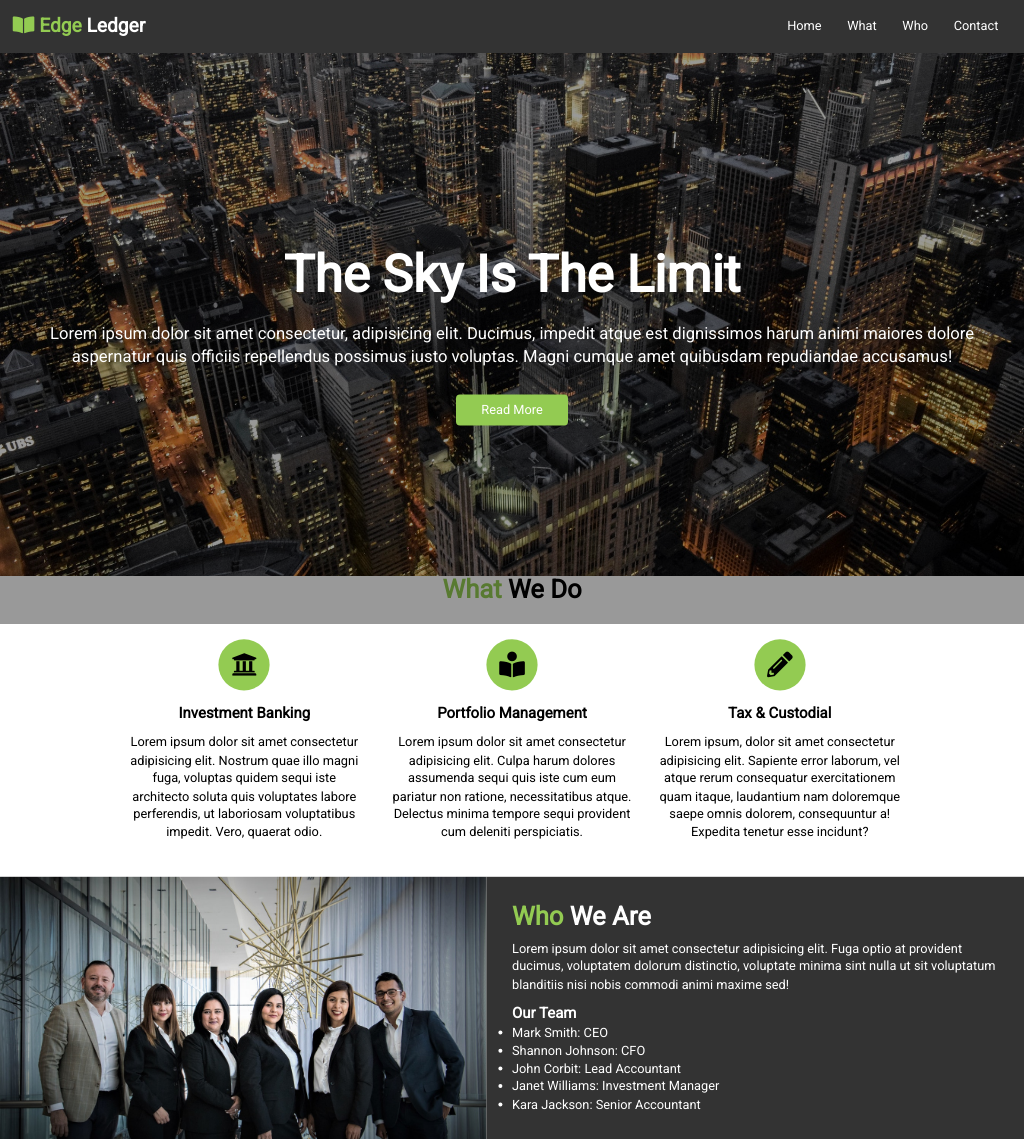
Repository: minhtien9/EdgeLedger-Financial-Web
Page: index.html
These files come from the project's save history. The page is drawn as it stood at one moment and after the next save; the edit follows.
The browser window is 1280 px wide. The pictures show the whole page, at 80% of full size.

Above is the page before, as saved 2021-08-16 22:36:18.

### index.html
<!DOCTYPE html>
<html lang="en">

<head>
    <meta charset="UTF-8" />
    <meta http-equiv="X-UA-Compatible" content="IE=edge" />
    <meta name="viewport" content="width=device-width, initial-scale=1.0" />
    <link rel="stylesheet" href="https://cdnjs.cloudflare.com/ajax/libs/font-awesome/5.15.4/css/all.min.css" integrity="sha512-1ycn6IcaQQ40/MKBW2W4Rhis/DbILU74C1vSrLJxCq57o941Ym01SwNsOMqvEBFlcgUa6xLiPY/NS5R+E6ztJQ==" crossorigin="anonymous" referrerpolicy="no-referrer"
    />
    <link rel="stylesheet" media="screen and (max-width:768px)" href="css/mobile.css" />
    <link rel="stylesheet" media="screen  and (min-width:1100)" href="css/widescreen.css" />
    <link rel="stylesheet" href="css/style.css" />
    <title>EdgeLedger Financial | Accounting & Investment</title>
</head>

<body id="home">
    <!-- Navbar -->
    <nav id="navbar">
        <h1 class="logo">
            <span class="text-primary"> <i class="fas fa-book-open"></i> Edge </span
        >Ledger
      </h1>
      <ul>
        <li><a href="#home">Home</a></li>
        <li><a href="#what">What</a></li>
        <li><a href="#who">Who</a></li>
        <li><a href="#contact">Contact</a></li>
      </ul>
    </nav>
    <!-- Header: Showcase -->
    <header id="showcase">
      <div class="showcase-content">
        <h1 class="l-heading">The Sky Is The Limit</h1>
        <p class="lead">
          Lorem ipsum dolor sit amet consectetur, adipisicing elit. Ducimus,
          impedit atque est dignissimos harum animi maiores dolore aspernatur
          quis officiis repellendus possimus iusto voluptas. Magni cumque amet
          quibusdam repudiandae accusamus!
        </p>
        <a href="#what" class="btn">Read More</a>
      </div>
    </header>
    <!-- Section: What We Do -->
    <section id="what" class="bg-ligh py-1">
      <div class="container">
        <h2 class="m-heading text-center">
          <span class="text-primary">What</span> We Do
            </h2>
            <div class="items">
                <div class="item">
                    <i class="fas fa-university fa-2x"></i>
                    <div>
                        <h3>Investment Banking</h3>
                        <p>
                            Lorem ipsum dolor sit amet consectetur adipisicing elit. Nostrum quae illo magni fuga, voluptas quidem sequi iste architecto soluta quis voluptates labore perferendis, ut laboriosam voluptatibus impedit. Vero, quaerat odio.
                        </p>
                    </div>
                </div>
                <div class="item">
                    <i class="fas fa-book-reader fa-2x"></i>
                    <div>
                        <h3>Portfolio Management</h3>
                        <p>
                            Lorem ipsum dolor sit amet consectetur adipisicing elit. Culpa harum dolores assumenda sequi quis iste cum eum pariatur non ratione, necessitatibus atque. Delectus minima tempore sequi provident cum deleniti perspiciatis.
                        </p>
                    </div>
                </div>
                <div class="item">
                    <i class="fas fa-pencil-alt fa-2x"></i>
                    <div>
                        <h3>Tax & Custodial</h3>
                        <p>
                            Lorem ipsum, dolor sit amet consectetur adipisicing elit. Sapiente error laborum, vel atque rerum consequatur exercitationem quam itaque, laudantium nam doloremque saepe omnis dolorem, consequuntur a! Expedita tenetur esse incidunt?
                        </p>
                    </div>
                </div>
            </div>
            </div>
            </section>

            <!-- Section :Who We Are -->
            <section id="who">
                <div class="who-img"></div>
                <div class="who-text bg-dark p-2">
                    <h2 class="m-heading"><span class="text-primary">Who</span> We Are</h2>
                    <p>
                        Lorem ipsum dolor sit amet consectetur adipisicing elit. Fuga optio at provident ducimus, voluptatem dolorum distinctio, voluptate minima sint nulla ut sit voluptatum blanditiis nisi nobis commodi animi maxime sed!
                    </p>
                    <h3>Our Team</h3>
                    <ul class="list">
                        <li>Mark Smith: CEO</li>
                        <li>Shannon Johnson: CFO</li>
                        <li>John Corbit: Lead Accountant</li>
                        <li>Janet Williams: Investment Manager</li>
                        <li>Kara Jackson: Senior Accountant</li>
                    </ul>
                </div>
            </section>
</body>

</html>

### css/style.css
@import url('https://fonts.googleapis.com/css2?family=Roboto&display=swap');
* {
    box-sizing: border-box;
    margin: 0;
    padding: 0;
}

body {
    font-family: 'Roboto', sans-serif;
    line-height: 1.4;
}

a {
    text-decoration: none;
}

p {
    margin: 0.75rem 0;
}


/* Utility Classes */

.container {
    max-width: 1100px;
    margin: auto;
    padding: 0 2rem;
    overflow: hidden;
}

.text-center {
    text-align: center;
}

.text-primary {
    color: #93cb52;
}

.bg-light {
    background: #f4f4f4;
    color: #333;
}

.bg-dark {
    background: #333;
    color: #fff;
}

.l-heading {
    font-size: 4rem;
    margin-bottom: 0.75rem;
    line-height: 1.1;
}

.m-heading {
    font-size: 2rem;
    margin-bottom: 0.75rem;
    line-height: 1.1;
}

.lead {
    font-size: 1.3rem;
    margin-bottom: 2rem;
}

.p-1 {
    padding: 1.5rem;
}

.p-2 {
    padding: 2rem;
}

.p-3 {
    padding: 3rem;
}

.btn {
    display: inline-block;
    color: #fff;
    background: #93cb52;
    padding: 0.5rem 2rem;
    border: none;
    border-radius: 5px;
}

.btn:hover {
    background: #7ab436;
}

.btn-dark {
    background: #333;
    color: #fff;
}


/* Navbar */

#navbar {
    display: flex;
    top: 0;
    background: #333;
    color: #fff;
    justify-content: space-between;
    z-index: 1;
    padding: 1rem;
    position: fixed;
    width: 100%;
}

#navbar ul {
    display: flex;
    align-items: center;
    list-style: none;
}

#navbar ul li a {
    color: #fff;
    padding: 0.75rem;
    margin: 0 0.25rem;
}

#navbar ul li a:hover {
    background: #93cb52;
    border-radius: 5px;
}


/* Showcase */

#showcase {
    background: #333 url('../img/showcase.jpg') no-repeat center center/cover;
    height: 100vh;
    color: #fff;
}

#showcase .showcase-content {
    display: flex;
    flex-direction: column;
    text-align: center;
    justify-content: center;
    align-items: center;
    height: 100%;
    padding: 0 2rem;
    /* Overlay */
    position: absolute;
    top: 60px;
    left: 0;
    right: 0;
    bottom: 0;
    background-color: rgba(0, 0, 0, 0.4);
}


/* Section: What We Do */

#what .items {
    display: flex;
    padding: 1rem;
}

#what .items .item {
    flex: 1;
    text-align: center;
    padding: 1rem;
}

#what .items .item i {
    background: #93cb52;
    padding: 1rem;
    border-radius: 50%;
    margin-bottom: 1rem;
}


/* Section: Who We Are */

#who {
    display: flex;
}

#who div {
    flex: 1;
}

#who .who-img {
    background: url('../img/people.jpg') no-repeat center center/cover;
}

Loaded but not shown: css/mobile.css (no stored copy; drawn as an empty file); css/widescreen.css (no stored copy; drawn as an empty file)

After the next save:
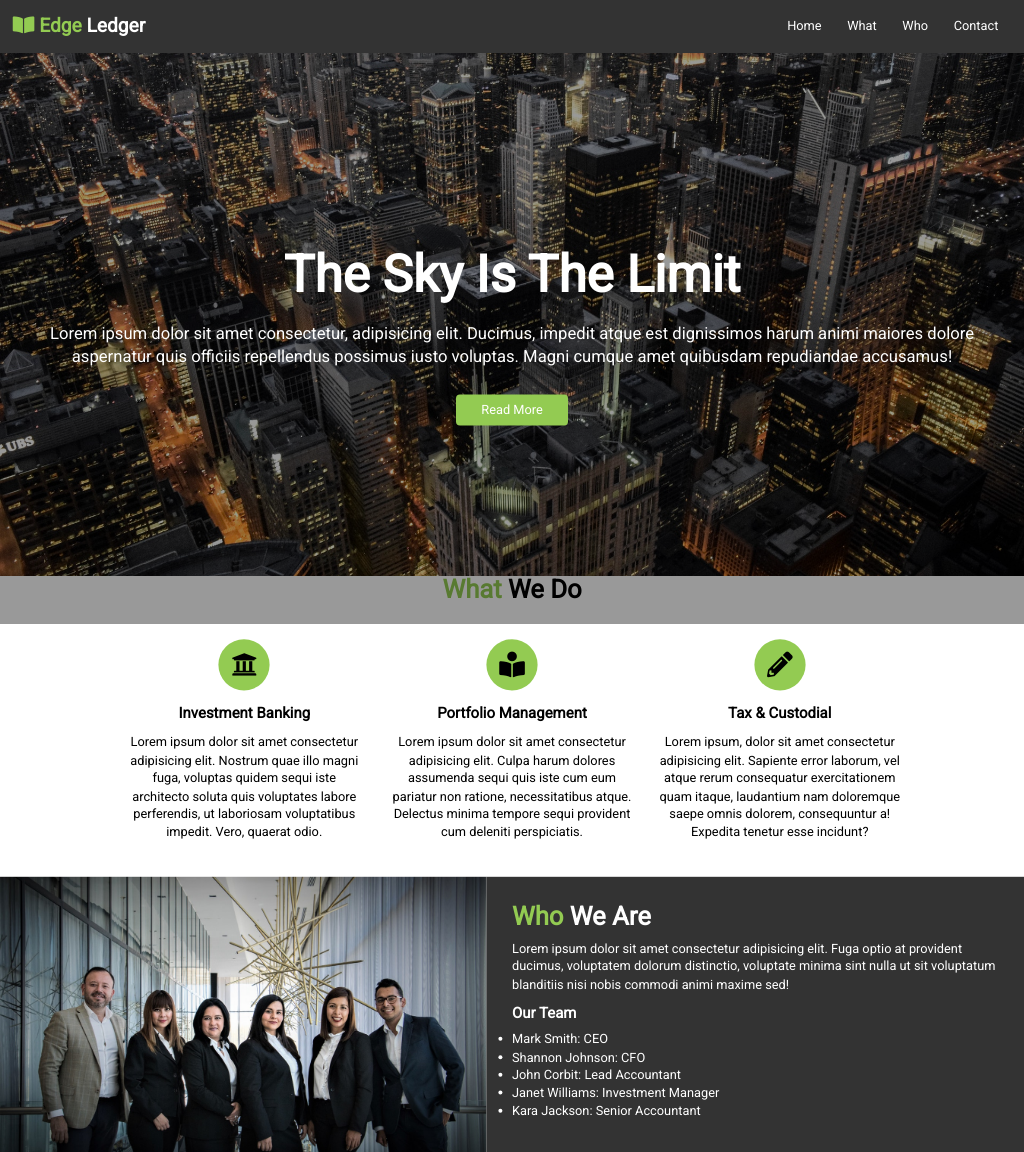
Saved 43 s later.
--- a/css/style.css
+++ b/css/style.css
@@ -93,6 +93,10 @@
     color: #fff;
 }
 
+.list {
+    margin: 0.5rem 0;
+}
+
 
 /* Navbar */
 
